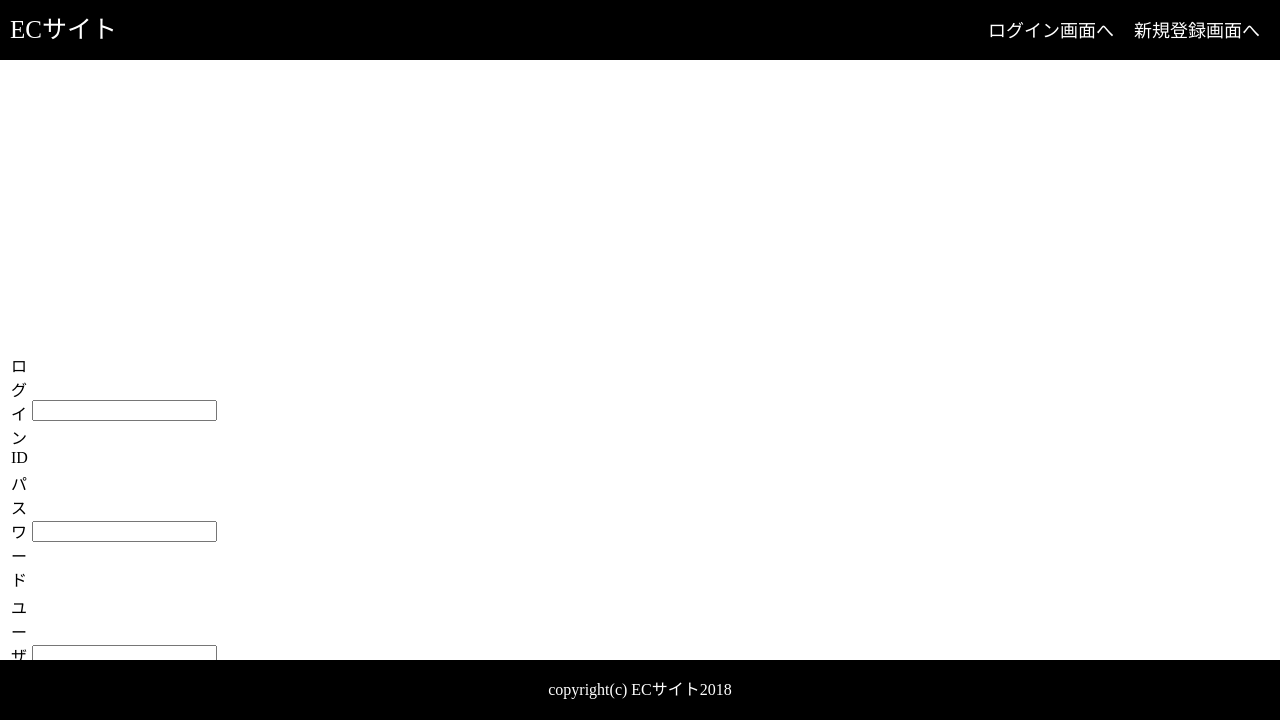
Repository: nyanya02/ECsite
Page: http://localhost/ECsite/signin.jsp
The author's editor kept a copy of each file at every save. The page is drawn from the files as they stood at one save, then again after the next save.
The browser window is 1280 px wide. The pictures show the whole page.
The page is served by Tomcat 9.

Above is the page before, as saved 2018-04-26 04:53:37.

After the next save:
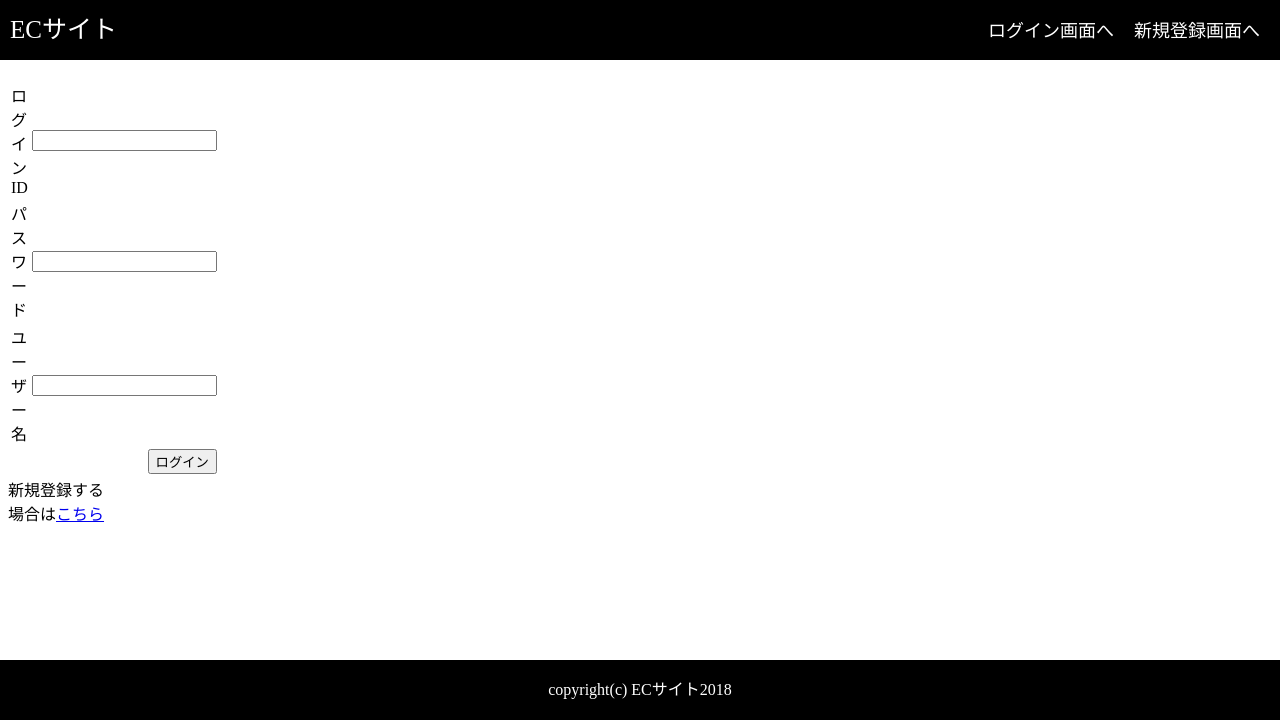
Saved 9 s later.
--- a/ECsite/WebContent/signin.jsp
+++ b/ECsite/WebContent/signin.jsp
@@ -66,7 +66,7 @@
 #main{
     float: clear;
     position: absolute;
-    top: 300px;
+    top: 30px;
     margin-top:50px;
     width: 100px;
 }
